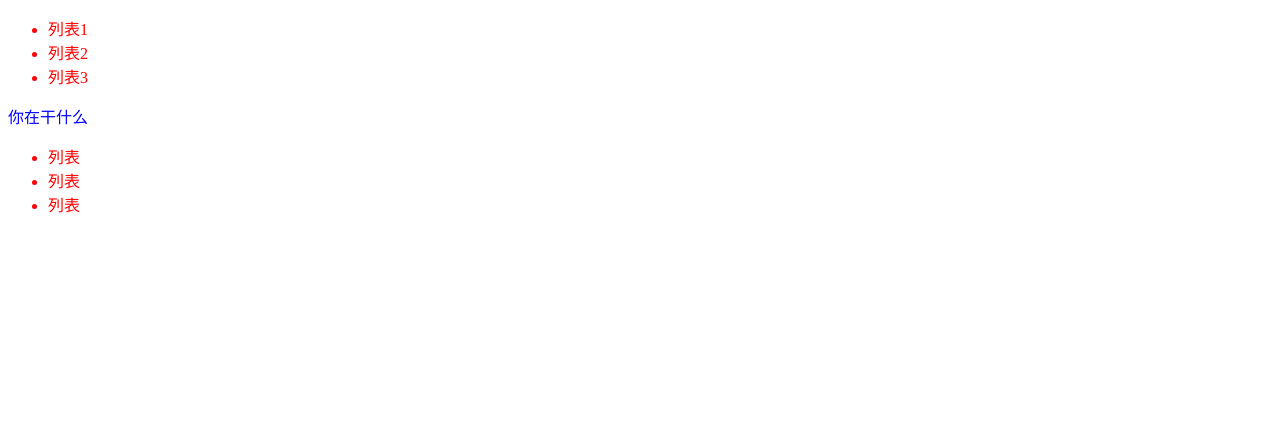
Repository: yuanliumaker/html-css-js
Page: css/关系选择器.html
These files come from the project's save history. The page is drawn as it stood at one moment and after the next save; the edit follows.
The browser window is 1280 px wide. The pictures show the whole page.

Above is the page before, as saved 2025-08-31 15:56:43.

After the next save:
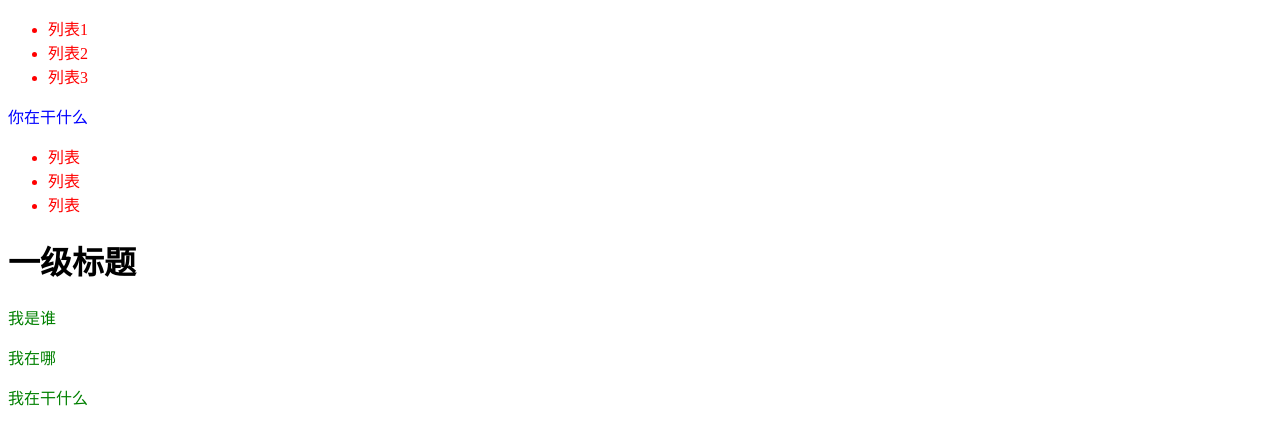
Saved 6 min 29 s later.
--- a/css/关系选择器.html
+++ b/css/关系选择器.html
@@ -12,6 +12,10 @@
         /* 子代选择器:选择所有作为E元素的直接子元素F,对更深一层的元素不起作用 语法 E>F{} */
         div>p{
             color:blue
+        }
+        /* 通用兄弟选择器:选择E元素之后的所有兄弟元素F,作用与多个元素,用~隔开 */
+        h1~p{
+            color:green;
         }
     </style>
 </head>
@@ -29,5 +33,10 @@
             <li>列表</li>
         </ul>
     </div>
+
+    <h1>一级标题</h1>
+    <p>我是谁</p>
+    <p>我在哪</p>
+    <p>我在干什么</p>
 </body>
 </html>
